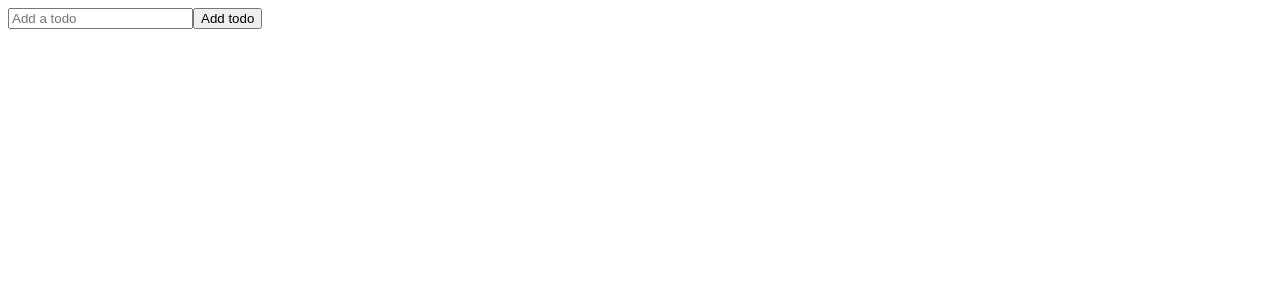
Repository: chellshelove/WADS_Assignment_TodoApp
Page: /
An editor plug-in stored every save of this project. The page is shown before and after the next save, followed by the edit.
The browser window is 1280 px wide. The pictures show the whole page.
The project was rebuilt for these pictures with package versions that can differ from the ones it lists, and the page was loaded fresh each time. Also part of the build but not shown: src/App.css.

Above is the page before, as saved 2023-03-08 23:26:19.

### src/App.js
import React from 'react';
import './App.css';
import TodoForm from './components/TodoForm';

function App() {
  return (
    <div className="todo-app">
     <TodoForm/>
    </div>
  );
}

export default App;

### src/components/TodoForm.js
import React, {useState} from 'react'

function TodoForm(props) {
    const [input, setInput] = useState('')

    const handleChange = e => {
        setInput(e.target.value)
    }

    const handleSubmit = e => {
        e.preventDefault();

        //props.onSubmit({
          //  id: Math.floor(Math.random() * 10000),
            //text: input
        //})

        setInput("");
    }

  return (
    <form className="todo-form" onSubmit={handleSubmit}>
        <input type="text"
        placeholder="Add a todo"
        value={input}
        name="text"
        className="todo-input"
        onChange={handleChange}
        />
        <button className="todo-button">Add todo</button>
    </form>
  )
}

export default TodoForm

### src/components/TodoList.js
import React, {useState} from 'react'
import TodoForm from './TodoForm'

function TodoList() {
    const [todos, setTodos] = useState([])

  return (
    <div>
        <h1>What's the Plan for Today?</h1>
        <TodoForm/>
    </div>
  )
}

export default TodoList

Loaded but not shown: public/index.html (common file); src/index.js (common file)

After the next save:
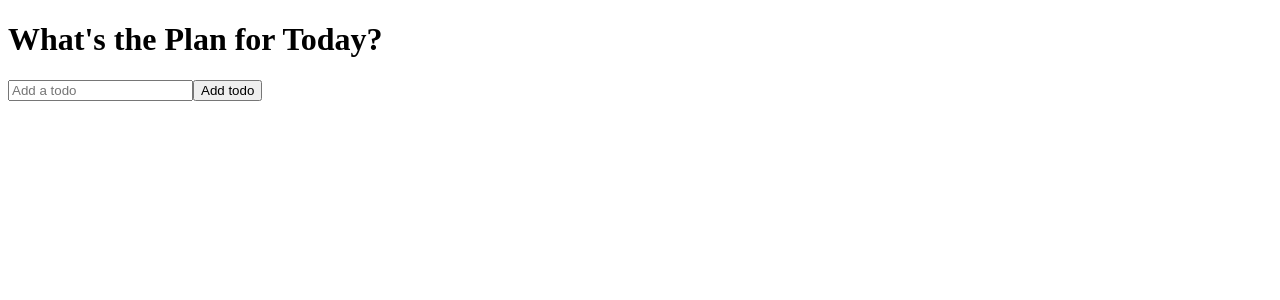
Saved 45 s later.
--- a/src/App.js
+++ b/src/App.js
@@ -1,11 +1,11 @@
 import React from 'react';
 import './App.css';
-import TodoForm from './components/TodoForm';
+import TodoList from './components/TodoList';
 
 function App() {
   return (
     <div className="todo-app">
-     <TodoForm/>
+     <TodoList/>
     </div>
   );
 }
